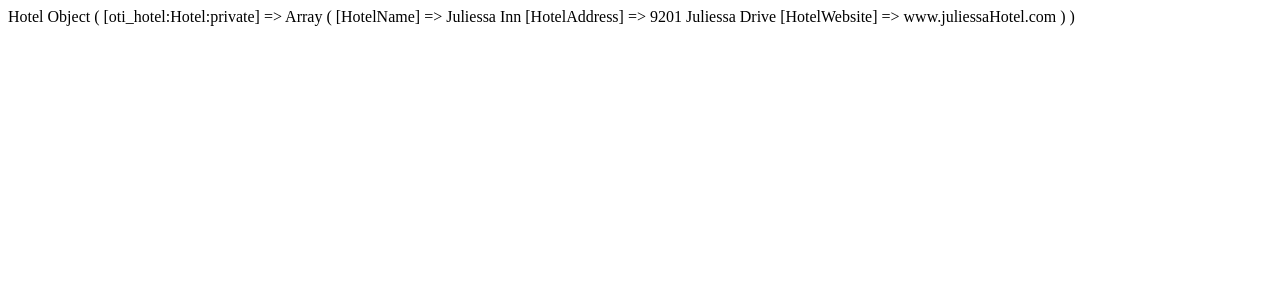
Repository: JulsR/Coding
Page: http://localhost/getData.php
These files come from the project's save history. The page is drawn as it stood at one moment and after the next save; the edit follows.
The browser window is 1280 px wide. The pictures show the whole page.
The page is run by PHP 8.4 with error messages shown; the project is at /var/www/html/.

Above is the page before, as saved 2015-03-07 18:59:27.

### classProject/getData.php
<?php
require 'hotel.php'; //allows you to use the demo.php file.

$hotelObj  = new Hotel();

$hotelObj->getHotelName();
print_r($hotelObj);
// var_dump($hotel);

// $hAdd ->getHotelAddress();
// echo $hAdd;

// $hWeb ->getHotelWebsite();
// echo $hWeb;


?>

### classProject/hotel.php
<?php

/*
 * The Assignment - create a class that, when instantiated, pulls all data from an imaginary table named oti_hotel
 * and stores it in a private array inside the class.
 *
 * oti_hotels fields:
 * hotel_name
 * hotel_address
 * hotel_web_site
 *
 */
class Hotel {

	private $oti_hotel = array ();


	public function __construct() {
		$this->oti_hotel = $oti_hotel = array (
				"HotelName" => "Juliessa Inn",
				"HotelAddress" => "9201 Juliessa Drive",
				"HotelWebsite" => "www.juliessaHotel.com"
		);
	}


	public function getHotelName() {
		return $this->oti_hotel;
	}

	// public function getHotelName() {

	// // echo "getHotelName:";
	// // var_dump ( $oti_hotel );
	// // print_r ($oti_hotel);
	// return $oti_hotel [0];
	// }

	// public function getHotelAddress() {
	// return $oti_hotel [1];
	// }

	// public function getHotelWebsite() {
	// return $oti_hotel [2];
	// }
}

?>

After the next save:
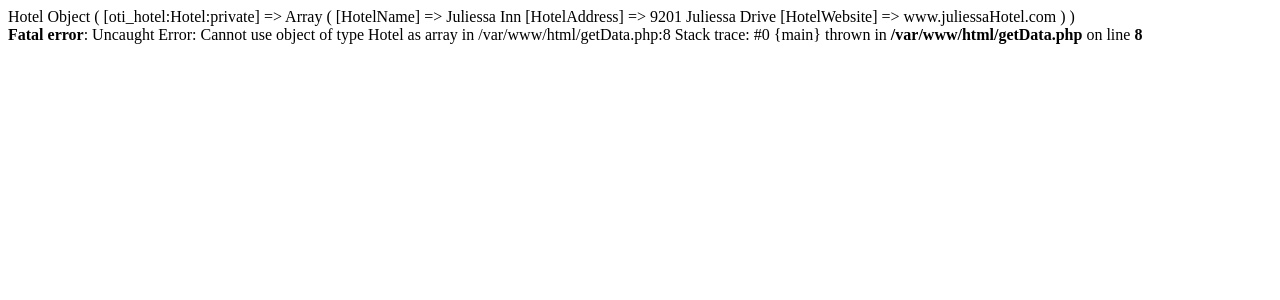
Saved 34 s later.
--- a/classProject/getData.php
+++ b/classProject/getData.php
@@ -5,6 +5,7 @@ $hotelObj  = new Hotel();
 
 $hotelObj->getHotelName();
 print_r($hotelObj);
+print_r($hotelObj[0]);
 // var_dump($hotel);
 
 // $hAdd ->getHotelAddress();
